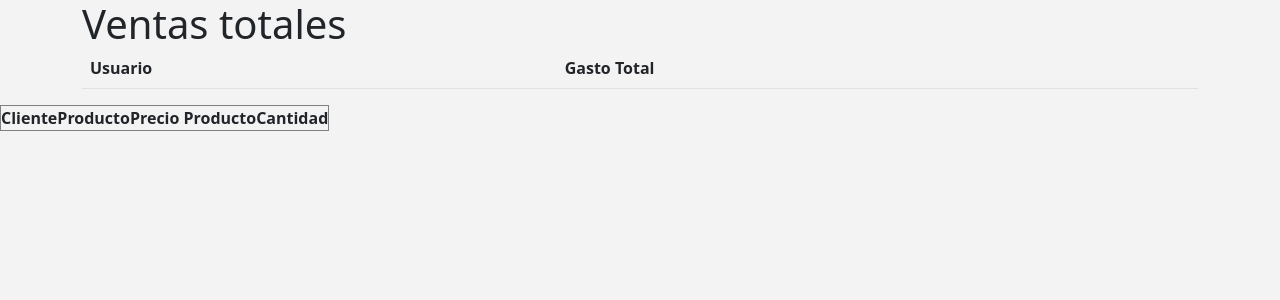
Repository: daniddm/TrabajaDawEcommerce
Page: http://localhost/Ecommerce_SanTierno/verVentas.jsp
An editor plug-in stored every save of this project. The page is shown before and after the next save, followed by the edit.
The browser window is 1280 px wide. The pictures show the whole page.
The page is served by Tomcat 9. Other server files are loaded and not shown.

Above is the page before, as saved 2021-12-10 18:28:24.

### Ecommerce_SanTierno/WebContent/verVentas.jsp
<%@ page language="java" contentType="text/html; charset=ISO-8859-1"
    pageEncoding="ISO-8859-1"%>
<%@taglib uri="http://java.sun.com/jsp/jstl/core" prefix="c" %>
<!DOCTYPE html>

<html>
<head>

	<meta charset="UTF-8">
    <meta http-equiv="X-UA-Compatible" content="IE=edge">
    <meta name="viewport" content="width=device-width, initial-scale=1.0">

	<title>Ver ventas</title>

	<link href="https://cdn.jsdelivr.net/npm/bootstrap@5.1.3/dist/css/bootstrap.min.css" rel="stylesheet" integrity="sha384-1BmE4kWBq78iYhFldvKuhfTAU6auU8tT94WrHftjDbrCEXSU1oBoqyl2QvZ6jIW3" crossorigin="anonymous">
    <link href="css/productos.css" rel="stylesheet" />
	<script src="https://ajax.googleapis.com/ajax/libs/jquery/3.5.1/jquery.min.js"></script>

</head>

<body class="h-100 w-100">

	<div class="container">
		<span class="display-6">Ventas totales</span>
		<table class="table">
			<tr>
				<th>Usuario</th>
				<th>Gasto Total</th>
			</tr>
			<c:forEach var="ven" items="${sessionScope.listaVentas}">
				<tr>
				  	<td>${ven.usuario.username}</td>
					<td>${ven.precioTotal}</td>
				</tr>
			</c:forEach>
		</table>
	</div>


	<table border="1">
		<tr>
			<th>Cliente</th>
			<th>Producto</th>
			<th>Precio Producto</th>
			<th>Cantidad</th>
		</tr>
		<c:forEach var="pven" items="${sessionScope.listaVentaProducto}">
			<td>${pven.venta.usuario.username}</td>
		  	<td>${pven.producto.nombre}</td>
			<td>${pven.precio}</td>
			<td>${pven.cantidad}</td>
		</tr>
		</c:forEach>
	</table>
</body>
</html>

### Ecommerce_SanTierno/WebContent/css/productos.css
*{
	margin: 0;
	padding: 0;
	box-sizing: border-box;
}

body {
	background: #f3f3f3;
}


a{
	text-decoration: none;
}

.contenedor {
	width: 100%;
	/*max-width: 1200px;*/
	margin-right: auto;
	margin-left: auto;
}

header {
	padding: 40px 0;
	background-image: url("img/ini.jpg");
}
header div.cabecera {
	width: 100%; /* Establecemos que el ancho sera del 100% */
	max-width:90%; /* Aqui le decimos que el ancho máximo sera de 90% */
	margin:1%; /* Centramos los elementos */
	overflow:hidden; /* Eliminamos errores de float */
}

header div.cabecera div.imagen {
	width:50%;
	float: left;
}

header div.cabecera div.imagen img{
	width:20%;
}

header div.cabecera nav {
	width:50%;
	float:right;
	line-height:20%;
	margin-top: 2%;
	text-align: right;

}

header div.cabecera nav a {
	display:inline-block;
	color:#000000;
	text-decoration:none;
	padding:10px 20px;
	line-height:normal;
	font-size:20px;
	font-weight:bold;
	-webkit-transition:all 500ms ease;
	-o-transition:all 500ms ease;
	transition:all 500ms ease;
}

header  div.cabecera nav a:hover {
	background:#f56f3a;
	border-radius:50px;

}

header .logo {
	margin-bottom: 40px 0;
	text-align: center;
}

p {
	margin-bottom: 20px;
}

header .form {
	width: 100%;
	display: flex;
	justify-content: center;
	margin-bottom: 20px;
}

/* trabajamos con flex y display para que los elmentos esten centardos */
header .categorias {
	display: flex;
	justify-content: center;
	flex-wrap: wrap;

}
/* damos estilos a los enlaces */
header .categorias a {
	color: #9B9B9B;
	margin: 10px 20px;
	font-size: 18px;
	font-weight: 700;
}
/* el enlace tiene el color negro */
header .categorias a.activo {
	color: #000;

}

header .barra-buscar{
	width: 70%;
	height: 40px;
	line-height: 40px;
	background: #fff;
	padding: 0 20px;
	border: none;
	border-radius: 100px;
	font-size: 16px;
	font-size: 16px;
}

/*TRABAJO DE FOTOS */
/**/
.grid {
	position: relative;
	width: 100%;
	opacity: 0;
	transition: opacity 0.5s linear 1s;
  }

.grid.imagenes-cargadas {/*añadimos esta clase para cargar todas las imagenes de golpe con JS*/
	opacity: 1;
}
.grid .item {
	position: absolute;/*posicion absoluto */
	display: block;
	padding: 0%;
	margin: 10px;
	width: calc(33.333% - 20px);/*cambiamos el tamaño de la imagen */

  }

.grid .item-content {
	position: relative;/*lo pide la libreria en la doc*/
}
.grid .item img {
	cursor: pointer;
	width: 100%; /*le doy un valor a la imgane del 100% asi pilla el 33.3 %*/
	vertical-align: top;

}

After the next save:
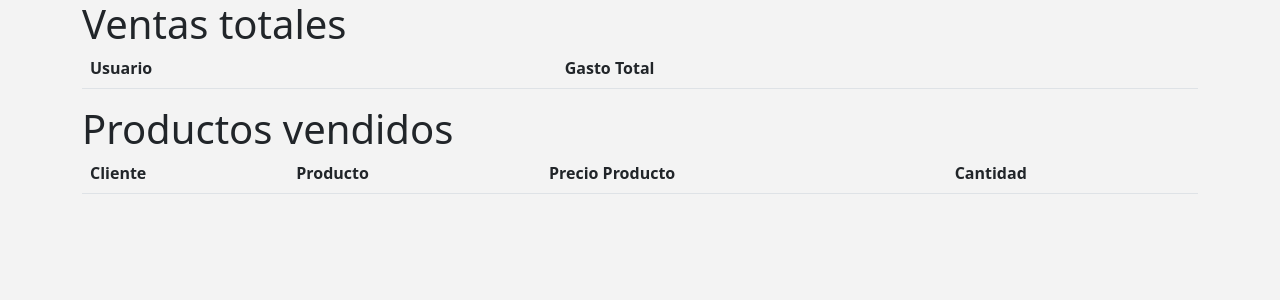
Saved 109 s later.
--- a/Ecommerce_SanTierno/WebContent/verVentas.jsp
+++ b/Ecommerce_SanTierno/WebContent/verVentas.jsp
@@ -36,21 +36,26 @@
 		</table>
 	</div>
 
+	<div class="container">
+		<span class="display-6">Productos vendidos</span>
+		<table class="table">
+			<tr>
+				<th>Cliente</th>
+				<th>Producto</th>
+				<th>Precio Producto</th>
+				<th>Cantidad</th>
+			</tr>
+			<c:forEach var="pven" items="${sessionScope.listaVentaProducto}">
+				<tr>
+					<td>${pven.venta.usuario.username}</td>
+				  	<td>${pven.producto.nombre}</td>
+					<td>${pven.precio}</td>
+					<td>${pven.cantidad}</td>
+				</tr>
+			</c:forEach>
+	</table>
+	</div>
 
-	<table border="1">
-		<tr>
-			<th>Cliente</th>
-			<th>Producto</th>
-			<th>Precio Producto</th>
-			<th>Cantidad</th>
-		</tr>
-		<c:forEach var="pven" items="${sessionScope.listaVentaProducto}">
-			<td>${pven.venta.usuario.username}</td>
-		  	<td>${pven.producto.nombre}</td>
-			<td>${pven.precio}</td>
-			<td>${pven.cantidad}</td>
-		</tr>
-		</c:forEach>
-	</table>
 </body>
+
 </html>
